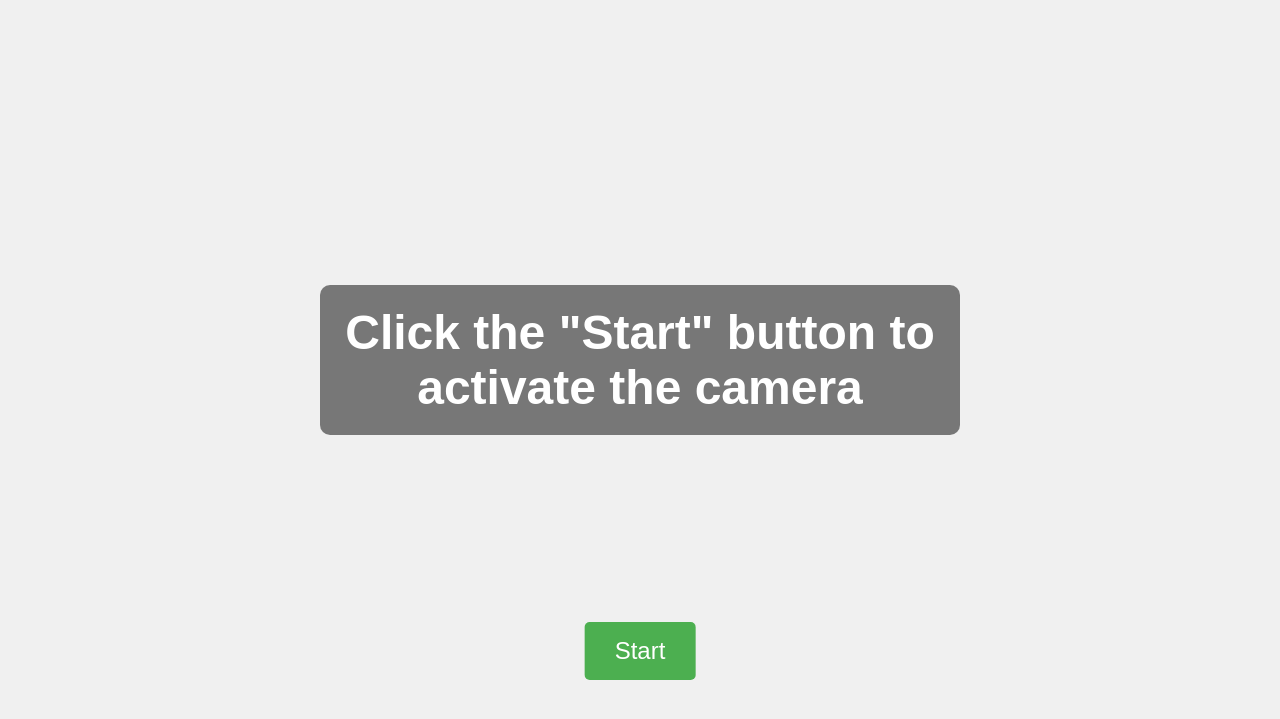
Repository: Jayhawk2000/AR_Game_DCD_Children
Page: challenge/throwing/index.html
These files come from the project's save history. The page is drawn as it stood at one moment and after the next save; the edit follows.
The browser window is 1280 px wide. The pictures show the whole page.

Above is the page before, as saved 2024-08-29 15:20:25.

After the next save:
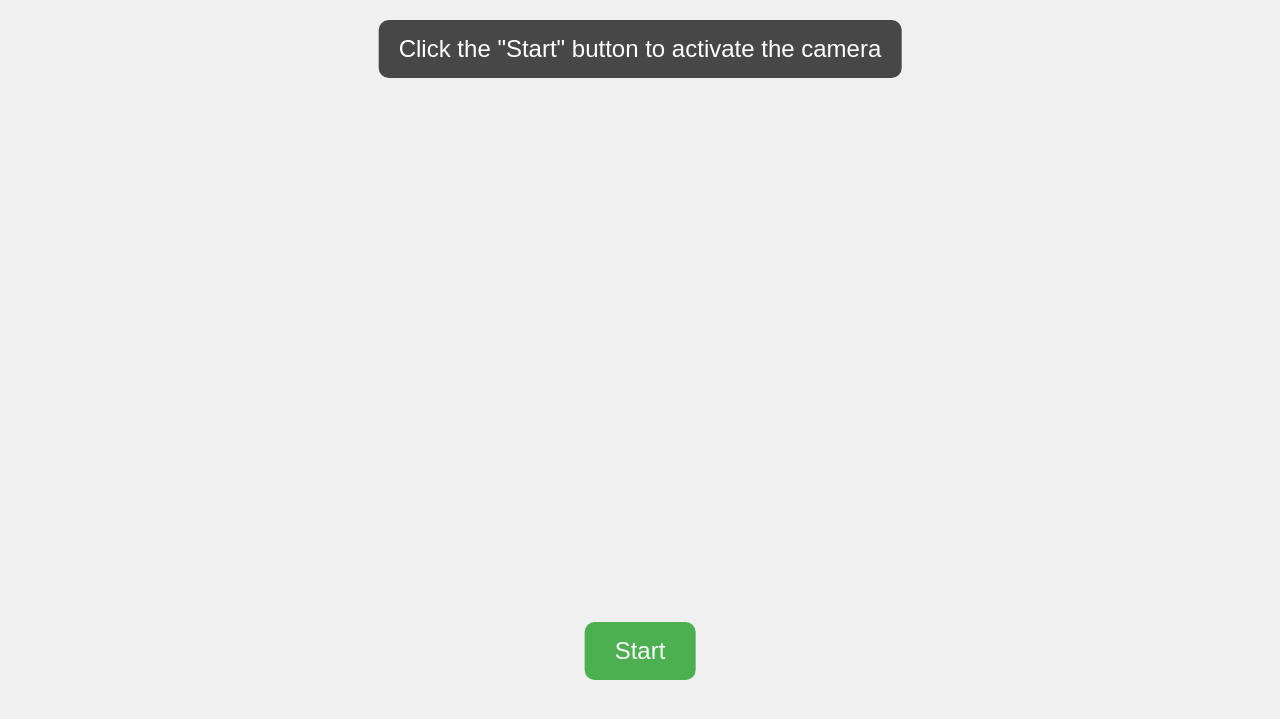
Saved 11 s later.
--- a/challenge/throwing/styles.css
+++ b/challenge/throwing/styles.css
@@ -8,15 +8,14 @@ body {
 
 #info {
   position: absolute;
-  top: 50%;
+  top: 20px;
   left: 50%;
-  transform: translate(-50%, -50%);
-  font-size: 48px;
-  font-weight: bold;
+  transform: translateX(-50%);
+  background-color: rgba(0, 0, 0, 0.7);
   color: white;
-  background-color: rgba(0, 0, 0, 0.5);
-  padding: 20px;
+  padding: 15px 20px;
   border-radius: 10px;
+  font-size: 24px;
   text-align: center;
   z-index: 10;
 }
@@ -32,7 +31,7 @@ body {
   background-color: #4caf50;
   color: white;
   border: none;
-  border-radius: 5px;
+  border-radius: 10px;
   z-index: 10;
 }
 
@@ -43,3 +42,37 @@ body {
   width: 100%;
   height: 100%;
 }
+
+#detectionZone {
+  position: absolute;
+  top: 50%;
+  left: 50%;
+  transform: translate(-50%, -50%);
+  width: 60%;
+  height: 80%;
+  border: 4px dashed rgba(255, 255, 255, 0.8);
+  display: none;
+  z-index: 5;
+}
+
+#overlay {
+  position: absolute;
+  top: 0;
+  left: 0;
+  width: 100%;
+  height: 100%;
+  background-color: rgba(0, 0, 0, 0.5);
+  display: none;
+  z-index: 4;
+}
+
+#overlay::after {
+  content: "";
+  position: absolute;
+  top: 50%;
+  left: 50%;
+  transform: translate(-50%, -50%);
+  width: 60%;
+  height: 80%;
+  background-color: transparent;
+}
